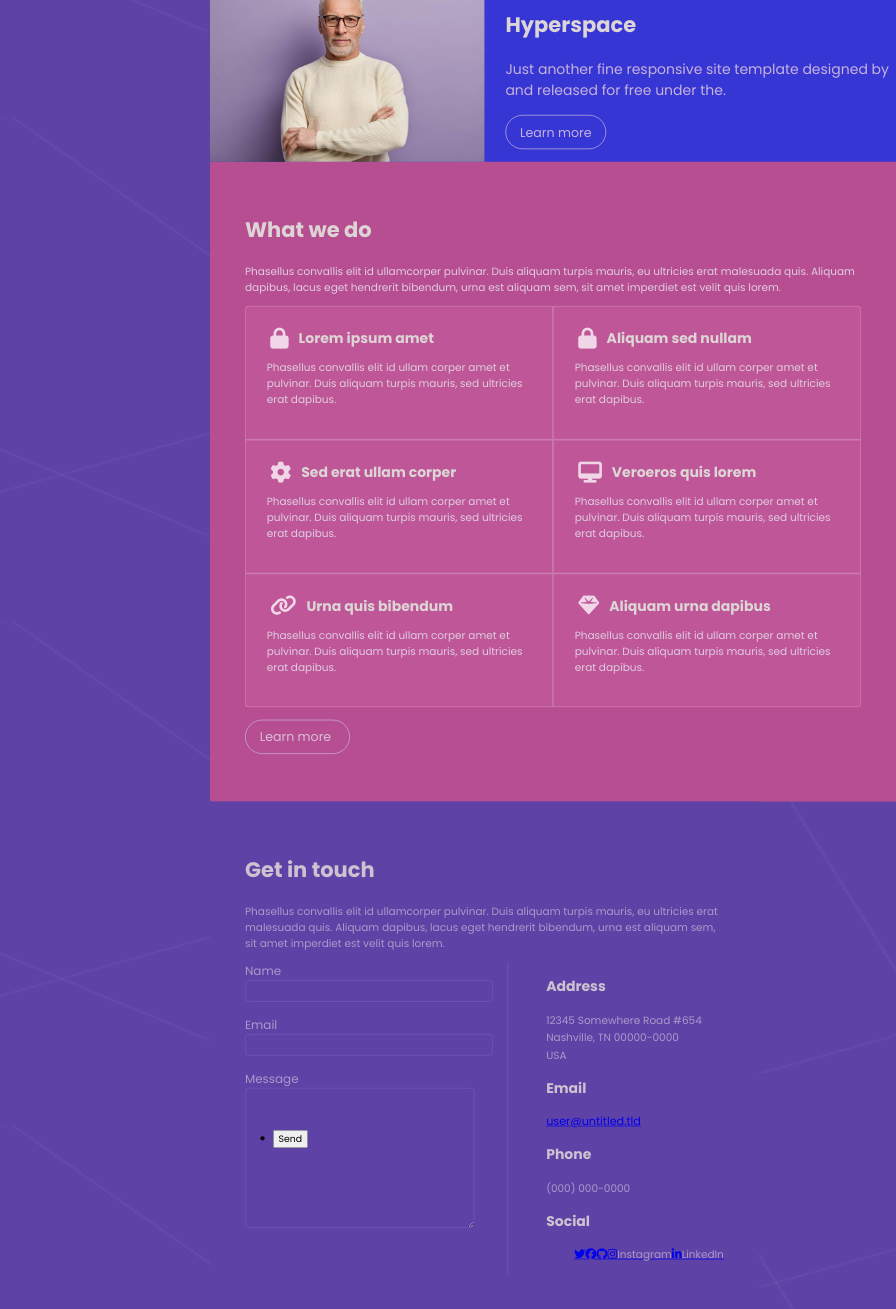
Repository: zai31/KIMIT_Tasks
Page: JsSession8/index.html
These files come from the project's save history. The page is drawn as it stood at one moment and after a run of saves; the edit follows.
The browser window is 1280 px wide. The pictures show the part of the page from y = 1273 to 3193 px (the page is 3143 px tall before and 3193 px after), at 70% of full size.
Backgrounds fixed to the window are drawn as part of the page.

Above is the page before, as saved 2025-09-15 23:05:14.

After the next 2 saves:
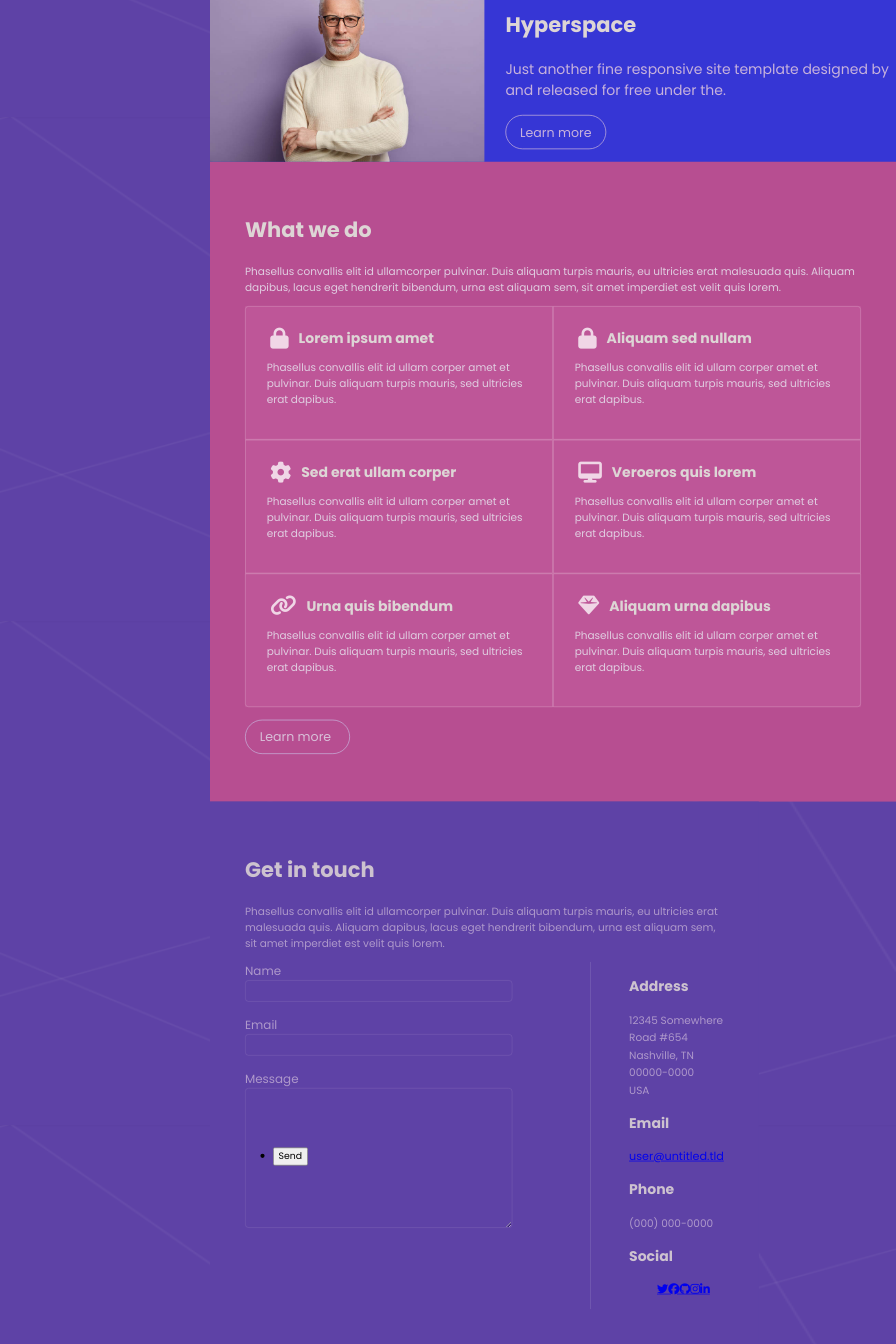
The 2 saves are shown as one change because they came seconds apart.
The last was saved 6 s later.
--- a/JsSession8/index.html
+++ b/JsSession8/index.html
@@ -142,8 +142,8 @@
 												<li><a href="#" class="fa-brands fa-twitter"><span class="label"></span></a></li>
 												<li><a href="#" class="fa-brands fa-facebook"><span class="label"></span></a></li>
 												<li><a href="#" class="fa-brands fa-github"><span class="label"></span></a></li>
-												<li><a href="#" class="fa-brands fa-instagram"><span class="label">Instagram</span></a></li>
-												<li><a href="#" class="fa-brands fa-linkedin-in"><span class="label">LinkedIn</span></a></li>
+												<li><a href="#" class="fa-brands fa-instagram"><span class="label"></span></a></li>
+												<li><a href="#" class="fa-brands fa-linkedin-in"><span class="label"></span></a></li>
 											</ul>
 										</li>
 									</ul>
